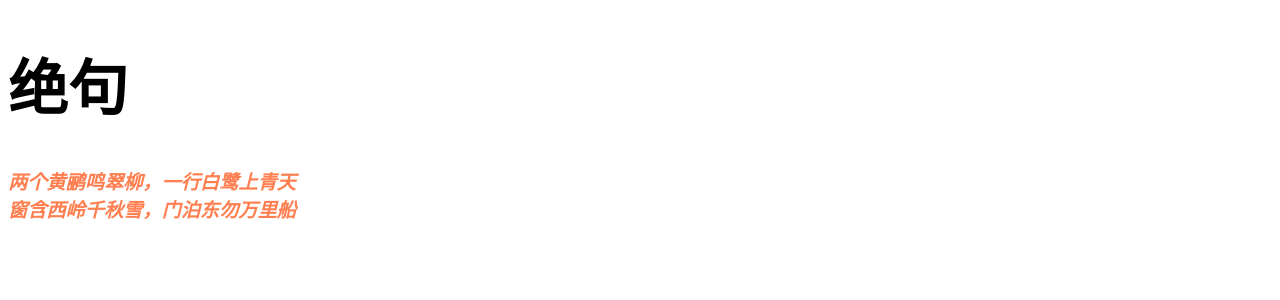
Repository: ljx1197678031/Wed-Design
Page: 01/3.html
The author's editor kept a copy of each file at every save. The page is drawn from the files as they stood at one save, then again after the next save.
The browser window is 1280 px wide. The pictures show the whole page.

Above is the page before, as saved 2020-06-01 22:07:04.

After the next save:
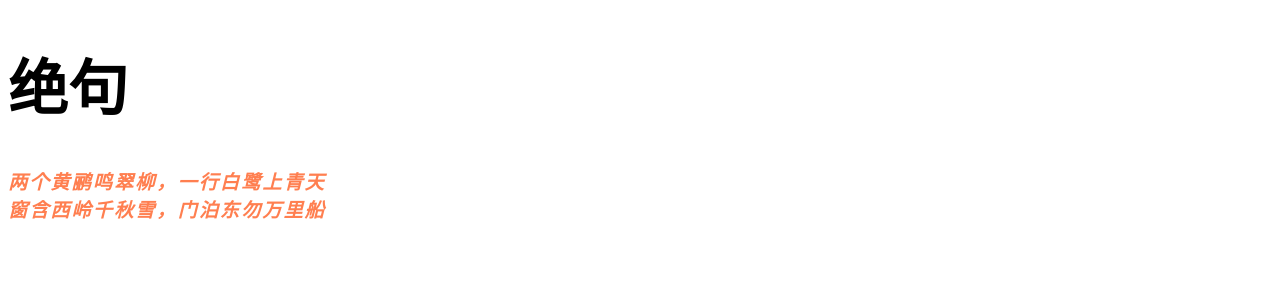
Saved 5 s later.
--- a/01/3.html
+++ b/01/3.html
@@ -15,7 +15,7 @@
             font-style: italic;
             font-weight: bolder;
             color: coral;
-            letter-spacing::2px;
+            letter-spacing:2px;
         }
     </style>
 </head>
